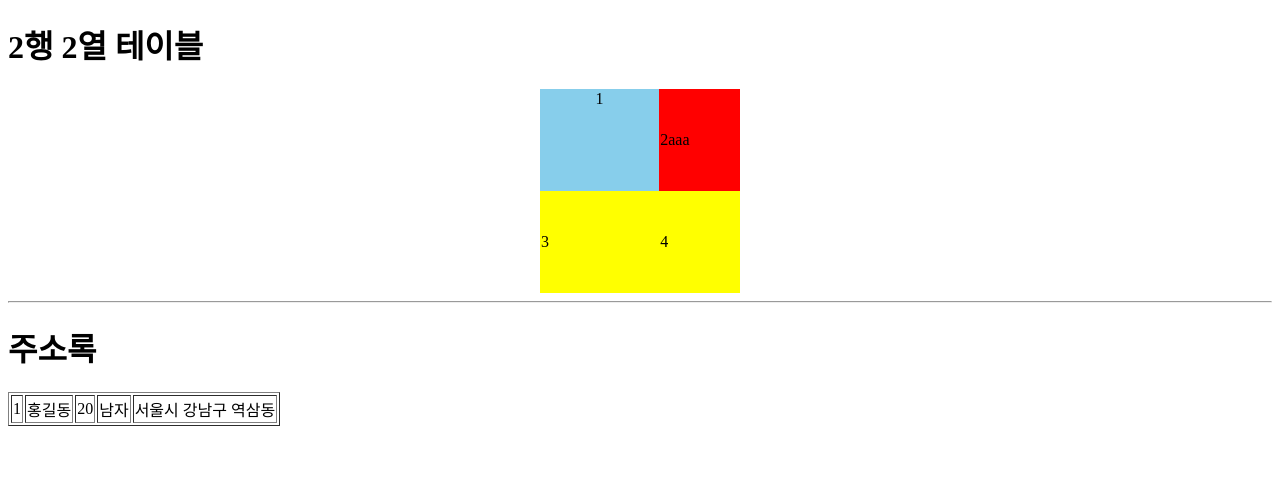
Repository: ssj5037/Class-Study
Page: [5] HTML, CSS, JavaScript/ClientTest/WebContent/Ex14_table.html
The author's editor kept a copy of each file at every save. The page is drawn from the files as they stood at one save, then again after the next save.
The browser window is 1280 px wide. The pictures show the whole page.

Above is the page before, as saved 2020-06-19 07:28:52.

### [5] HTML, CSS, JavaScript/ClientTest/WebContent/Ex14_table.html
<!DOCTYPE html>
<html>
<head>
<meta charset="UTF-8">
<title>Insert title here</title>
</head>
<body>
	<!--

		Ex14_table.html

		<table>, 표
		- 표 만들 때 사용
		- 레이아웃 만들 때 사용 -> 잘 안씀 -> <div> + CSS 사용

		1. <table>
			- 큰 상자
			- 전체 컨테이너
		2. <tr>
			- 중간 상자
			- 행 역할
		3. <td>
			- 작은 상자
			- 셀 역할
			- 테이블의 데이터는 <td>가 가진다.

	 -->

	 <h1>2행 2열 테이블</h1>

	 <table border="0" width="200" height="200" bgcolor="yellow" cellspacing="0" align="center" valign="center">
	 	<tr bgcolor = "red">
	 		<td width="120" height="100" bgcolor="skyblue" align="center" valign="top">1</td>
	 		<td width="80">2aaa</td>
	 	</tr>
	 	<tr>
	 		<td height="100">3</td>
	 		<td>4</td>
	 	</tr>
	 </table>

	 <hr>

	 <h1>주소록</h1>

	 <table border="1">
	 	<tr>
	 		<td>1</td>
	 		<td>홍길동</td>
	 		<td>20</td>
	 		<td>남자</td>
	 		<td>서울시 강남구 역삼동</td>
	 	</tr>
	 </table>


</body>
</html>

After the next save:
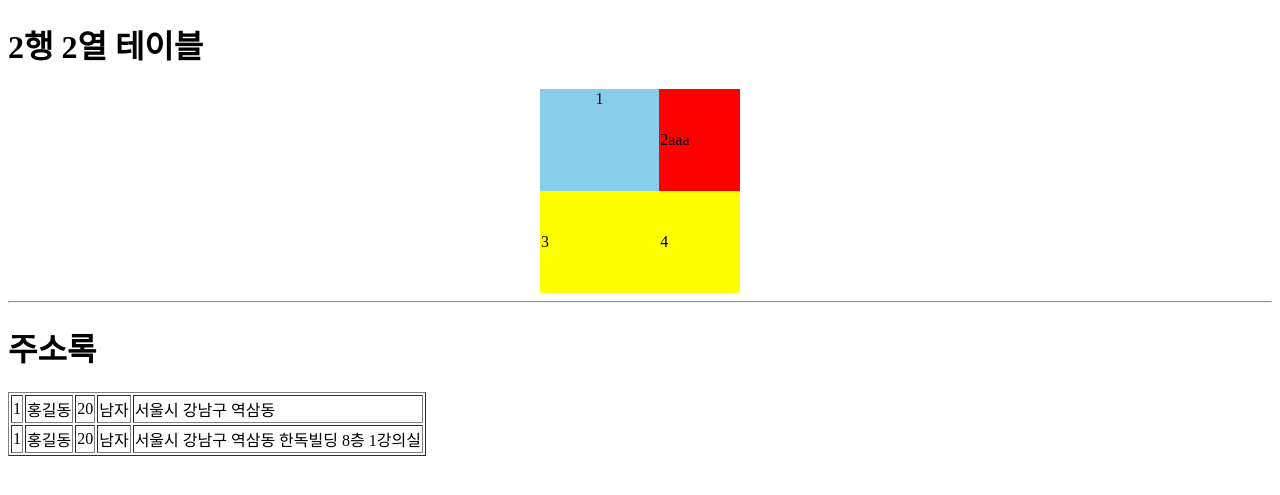
Saved 53 s later.
--- a/[5] HTML, CSS, JavaScript/ClientTest/WebContent/Ex14_table.html
+++ b/[5] HTML, CSS, JavaScript/ClientTest/WebContent/Ex14_table.html
@@ -51,6 +51,13 @@
 	 		<td>남자</td>
 	 		<td>서울시 강남구 역삼동</td>
 	 	</tr>
+	 	<tr>
+	 		<td>1</td>
+	 		<td>홍길동</td>
+	 		<td>20</td>
+	 		<td>남자</td>
+	 		<td>서울시 강남구 역삼동 한독빌딩 8층 1강의실</td>
+	 	</tr>
 	 </table>
 
 
